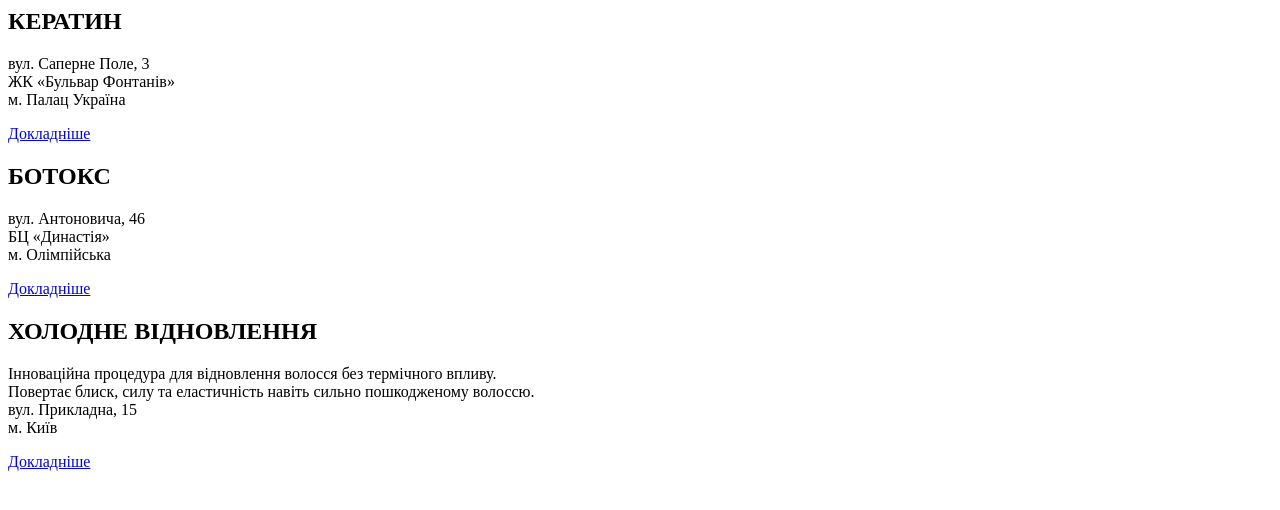
Repository: DianaKey/Keratin
Page: index.scroll.partial.html
These files come from the project's save history. The page is drawn as it stood at one moment and after a run of saves; the edit follows.
The browser window is 1280 px wide. The pictures show the whole page.

Above is the page before, as saved 2025-09-04 12:47:47.

After the next 2 saves:
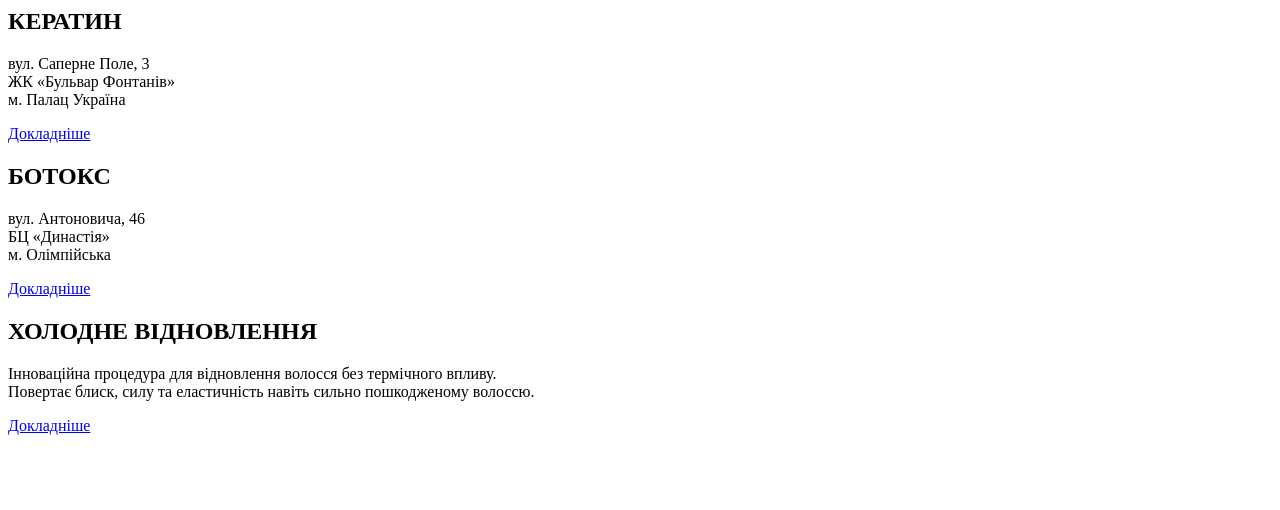
The 2 saves are shown as one change because they came seconds apart.
The last was saved 34 s later.
--- a/index.scroll.partial.html
+++ b/index.scroll.partial.html
@@ -31,8 +31,6 @@
     <p class="hero-section__text">
       Інноваційна процедура для відновлення волосся без термічного впливу.<br />
       Повертає блиск, силу та еластичність навіть сильно пошкодженому волоссю.<br />
-      вул. Прикладна, 15<br />
-      м. Київ
     </p>
     <a class="hero-section__btn" href="#">Докладніше</a>
   </div>
